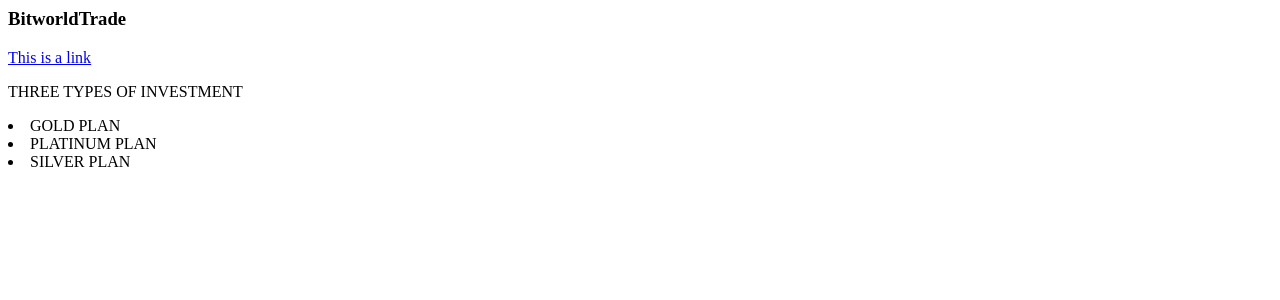
Repository: brianratemo/images.html
Page: shaffie.html
An editor plug-in stored every save of this project. The page is shown before and after the next save, followed by the edit.
The browser window is 1280 px wide. The pictures show the whole page.

Above is the page before, as saved 2023-03-21 01:23:48.

### shaffie.html
<h3>BitworldTrade</h3>
<a href="https://www.bitworld.com/">This is a link</a>
<p>THREE TYPES OF INVESTMENT</p>

<O1>
    <li>GOLD PLAN</li>
<li>PLATINUM PLAN</li>
<li>SILVER PLAN</li>
</O1>

After the next save:
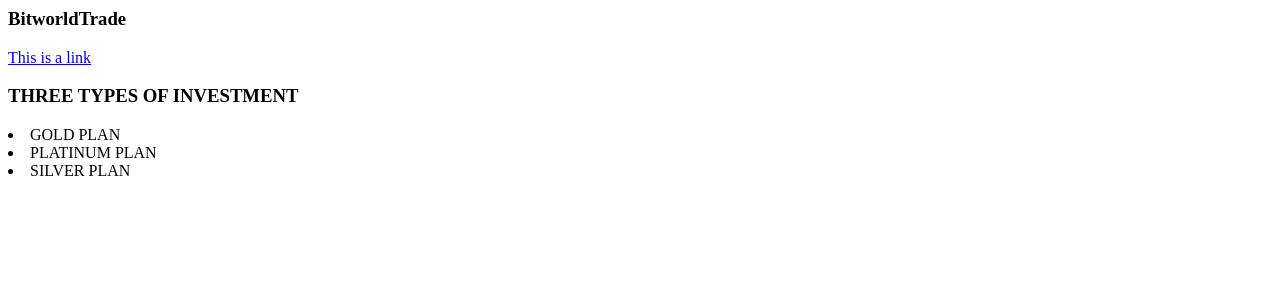
Saved 90 s later.
--- a/shaffie.html
+++ b/shaffie.html
@@ -1,6 +1,6 @@
 <h3>BitworldTrade</h3>
 <a href="https://www.bitworld.com/">This is a link</a>
-<p>THREE TYPES OF INVESTMENT</p>
+<h3>THREE TYPES OF INVESTMENT</h3>
 
 <O1>
     <li>GOLD PLAN</li>
